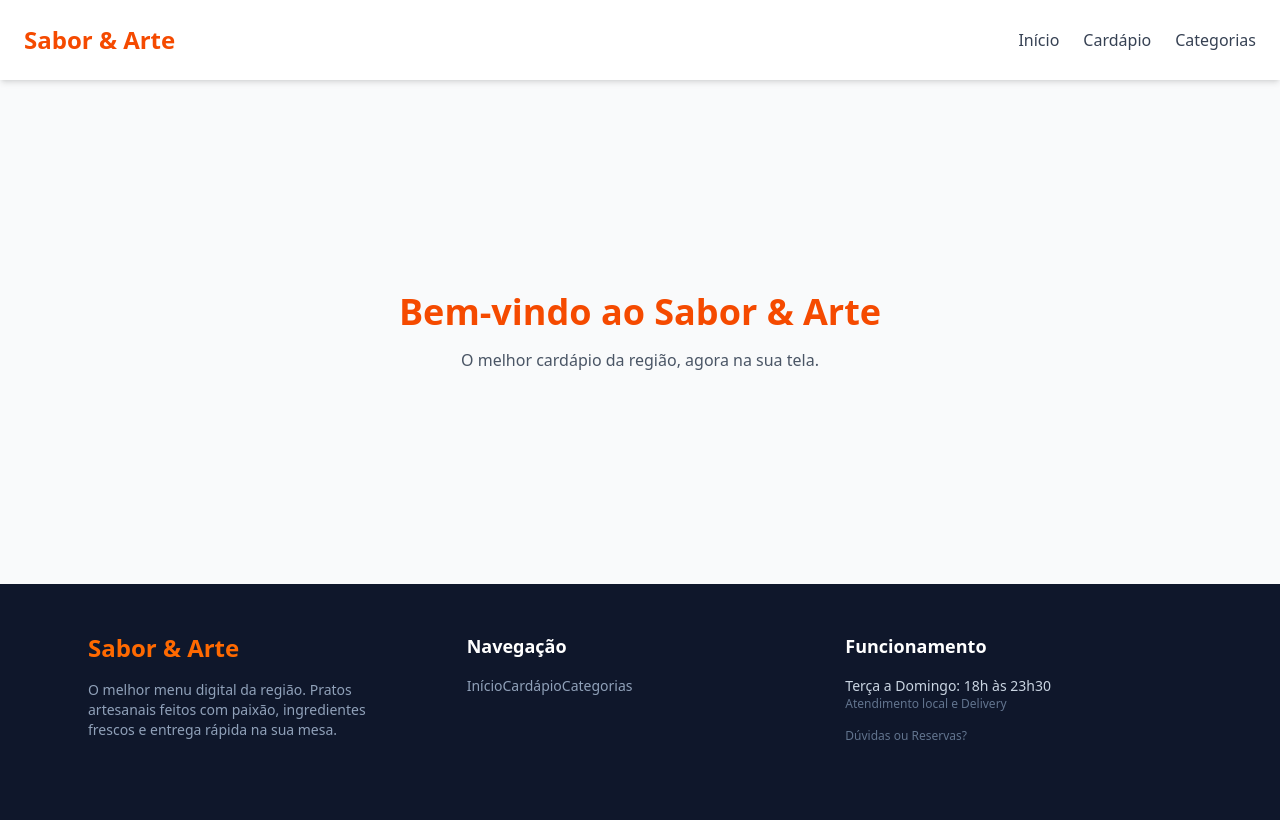
Repository: LuigiBLombardo/Next---Atividade
Page: / (app in sistema-cardapio/)
These files come from the project's save history. The page is drawn as it stood at one moment and after the next save; the edit follows.
The browser window is 1280 px wide. The pictures show the whole page.
The project was rebuilt for these pictures with package versions that can differ from the ones it lists, and the page was loaded fresh each time. The framework's server and built-in components were replaced by stand-ins that run in the browser. Also part of the build but not shown: sistema-cardapio/next.config.mjs.

Above is the page before, as saved 2026-09-04 19:52:29.

### sistema-cardapio/src/app/layout.js
import { Inter, Montserrat } from "next/font/google";
import "./globals.css";
import Navbar from "@/components/Navbar";
import Footer from "@/components/Footer";

const inter = Inter({ subsets: ["latin"], variable: "--font-inter" });

const montserrat = Montserrat({ subsets: ["latin"], variable: "--font-montserrat" });

export default function RootLayout({ children }) {
    return (
        <html lang="pt-br" className={`${inter.variable} ${montserrat.variable}`}>
            <body className="font-sans bg-gray-50 antialiased">
                <Navbar />
                {children}
                <Footer/>
            </body>
        </html>
);
}

### sistema-cardapio/src/app/page.js
import Image from "next/image";

export default function Home() {
  return (
    <main className="flex flex-col items-center justify-center min-h-[70vh]">
        <h1 className="text-4xl font-bold text-orange-600">Bem-vindo ao Sabor & Arte</h1>
        <p className="mt-4 text-gray-600">O melhor cardápio da região, agora na sua tela.</p>
    </main>
  );
}

### sistema-cardapio/src/components/Navbar.js
import Link from 'next/link';

export default function Navbar() {
    return (
        <nav className="flex items-center justify-between p-6 bg-white shadow-md">
            <h2 className="text-2xl font-bold text-orange-600">Sabor & Arte</h2>
            <div className="flex gap-6">
                <Link href="/" className="text-gray-700 hover:text-orange-600 font-medium">Início</Link>
                <Link href="/cardapio" className="text-gray-700 hover:text-orange-600 font-medium">Cardápio</Link>
                <Link href="/categorias" className="text-gray-700 hover:text-orange-600
font-medium">Categorias</Link>
            </div>
        </nav>
);
}

### sistema-cardapio/src/components/Footer.js
import Link from "next/link";

export default function Footer(){
    return (
            <footer className="w-full bg-slate-900 text-slate-400 pt-12">

                <div className="max-w-6xl mx-auto px-6 pb-12 grid grid-cols-1 md:grid-cols-3 gap-8 ">

                    <div>
                        <h2 className="text-2xl font-bold text-orange-500 mb-4">
                            Sabor & Arte
                        </h2>
                        <p className="text-sm max-w-xs text-slate-400">
                            O melhor menu digital da região. Pratos artesanais feitos com
                            paixão, ingredientes frescos e entrega rápida na sua mesa.
                        </p>
                    </div>

                    <div>
                        <h3 className="text-lg font-bold text-white mb-4">
                            Navegação
                        </h3>
                        <div className="space-y-2 text-sm">

                            <Link href="/" className="hover:text-white transition">Início</Link>
                            <Link href="/cardapio" className="hover:text-white transition">Cardápio</Link>
                            <Link href="/categorias" className="hover:text-white transition">Categorias</Link>

                        </div>
                    </div>

                    <div>
                        <h3 className="text-lg font-bold text-white mb-4">
                            Funcionamento
                        </h3>
                        <p className="text-sm text-slate-300">
                            Terça a Domingo: 18h às 23h30
                        </p>
                        <p className="text-xs text-slate-500 mb-4">
                            Atendimento local e Delivery
                        </p>

                        <span className="block text-xs text-slate-500 mb-1">
                            Dúvidas ou Reservas?
                        </span>
                        <a className="text-lg font-bold text-orange-500 houver:underline inline-block">

                        </a>
                    </div>
                </div>

            </footer>
    )
}

Loaded but not shown: sistema-cardapio/src/app/globals.css (common file)

After the next save:
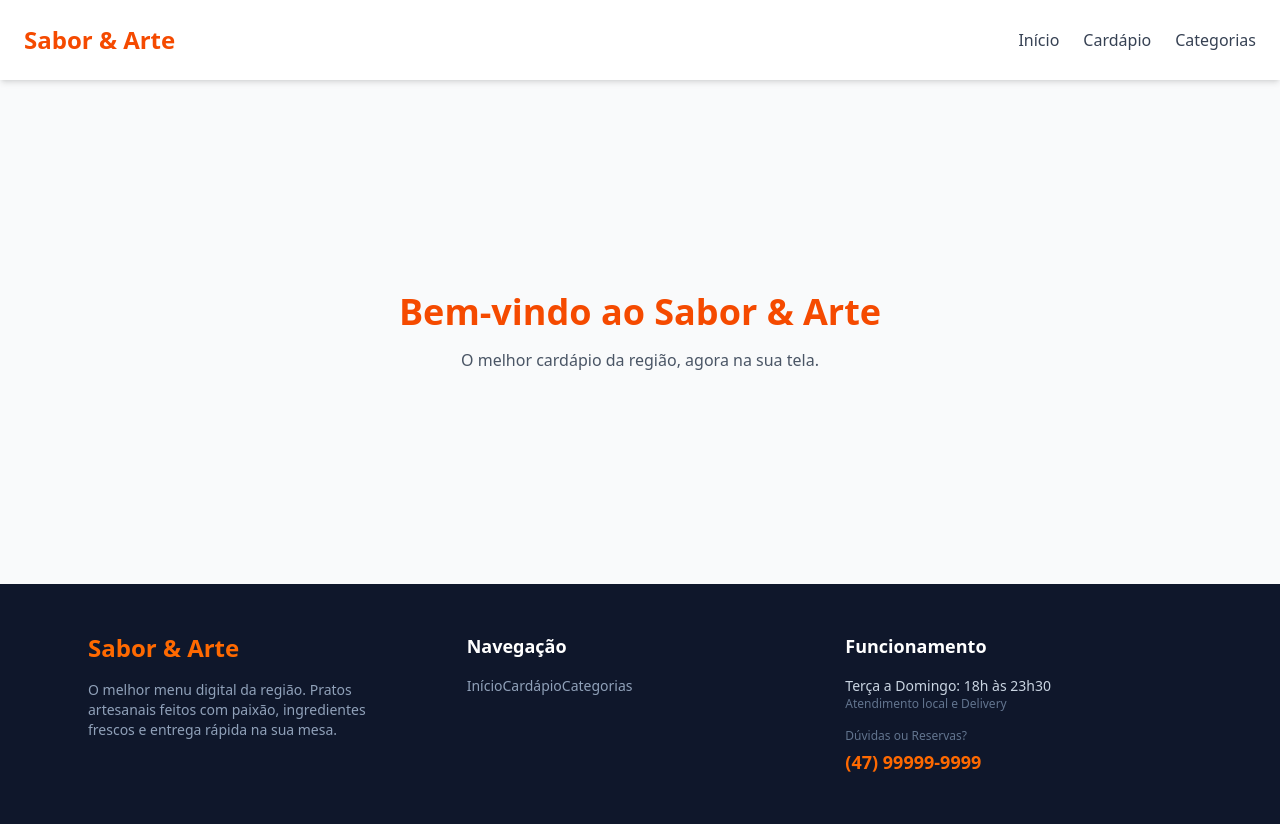
Saved 10 s later.
--- a/sistema-cardapio/src/components/Footer.js
+++ b/sistema-cardapio/src/components/Footer.js
@@ -44,7 +44,7 @@ export default function Footer(){
                             Dúvidas ou Reservas?
                         </span>
                         <a className="text-lg font-bold text-orange-500 houver:underline inline-block">
-
+                            (47) 99999-9999
                         </a>
                     </div>
                 </div>
